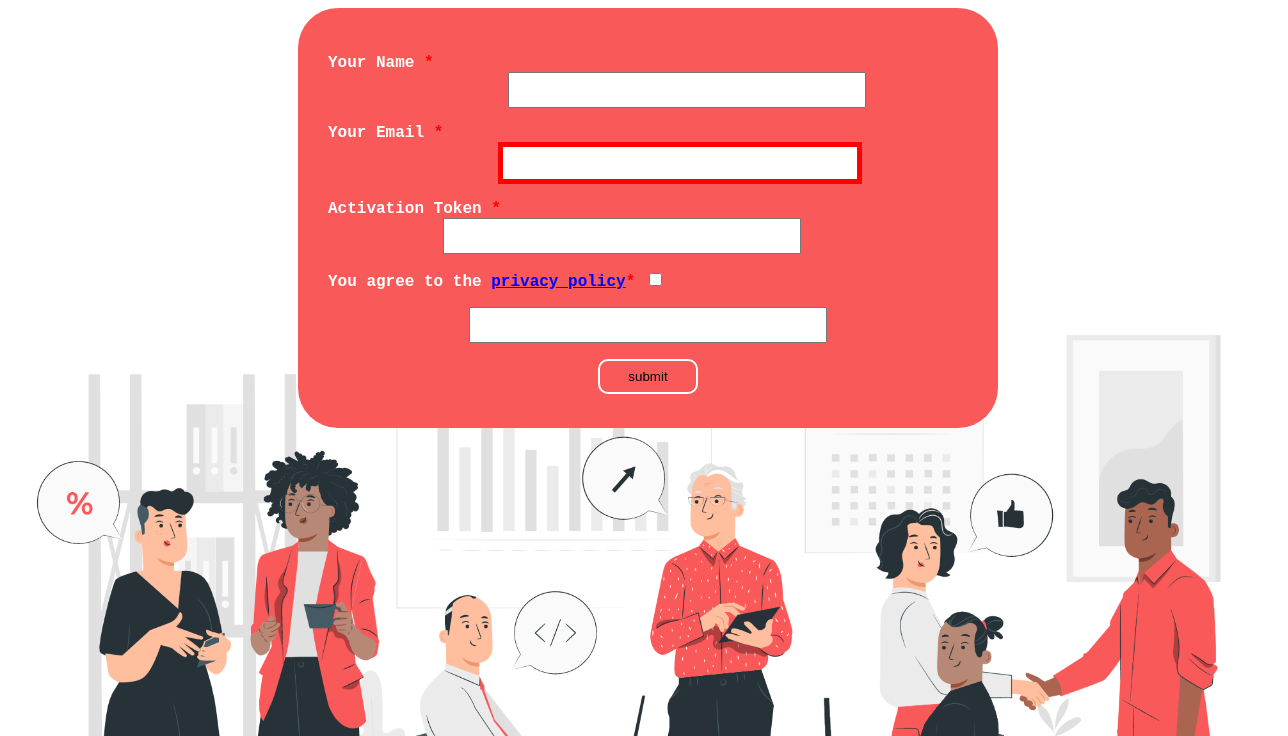
Repository: Rachael4life/Assignment-1
Page: starter-code/src/index.html
These files come from the project's save history. The page is drawn as it stood at one moment and after the next save; the edit follows.
The browser window is 1280 px wide. The page is 1288 px wide, so the pictures cover 1288 px, including what lies to the right of the window. The pictures show the whole page.

Above is the page before, as saved 2022-02-28 06:44:32.

After the next save:
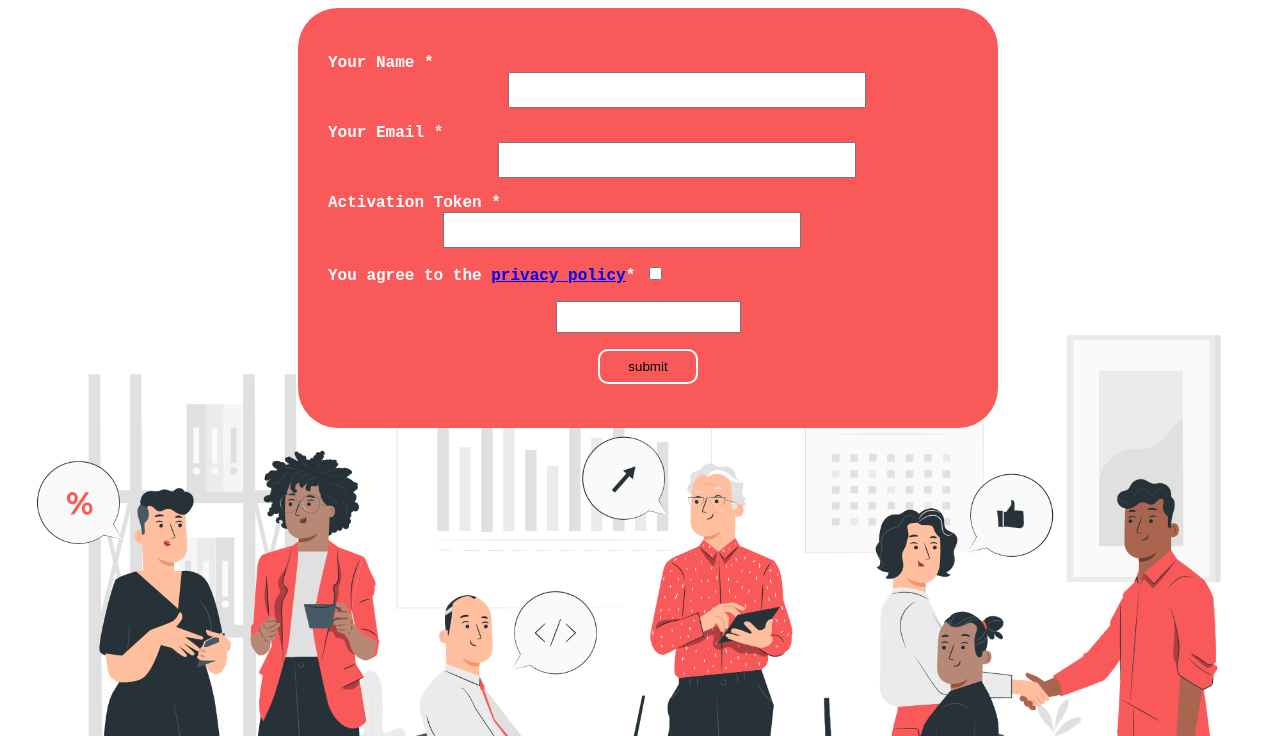
Saved 6 s later.
--- a/starter-code/src/style.css
+++ b/starter-code/src/style.css
@@ -60,7 +60,7 @@
     height: 35px;
     width: 100px;
 }
-[ type=]
+[ type= ']
 .water {
     align-content: center;
     justify-content: center;

After the 2 saves that followed:
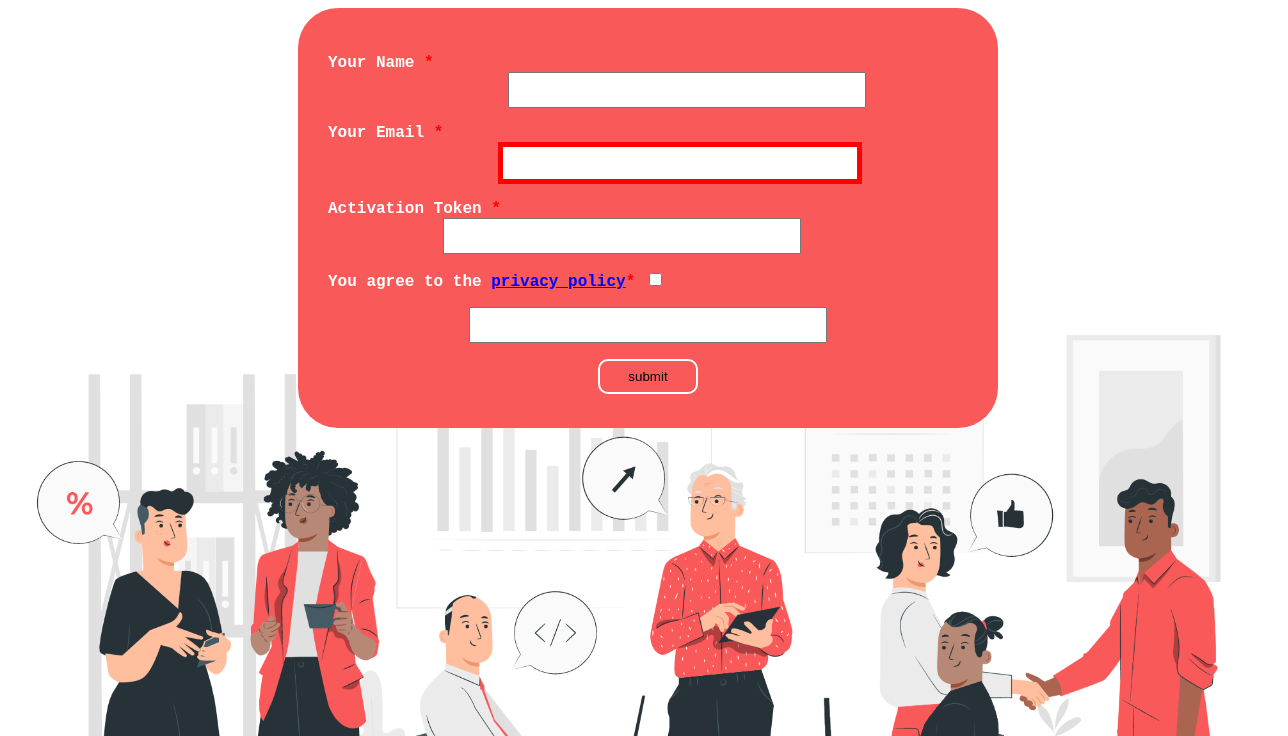
The 2 saves are shown as one change because 1 left the picture as it was.
The last was saved 11 s later.
--- a/starter-code/src/style.css
+++ b/starter-code/src/style.css
@@ -60,7 +60,7 @@
     height: 35px;
     width: 100px;
 }
-[ type= ']
+[ type='email']
 .water {
     align-content: center;
     justify-content: center;
